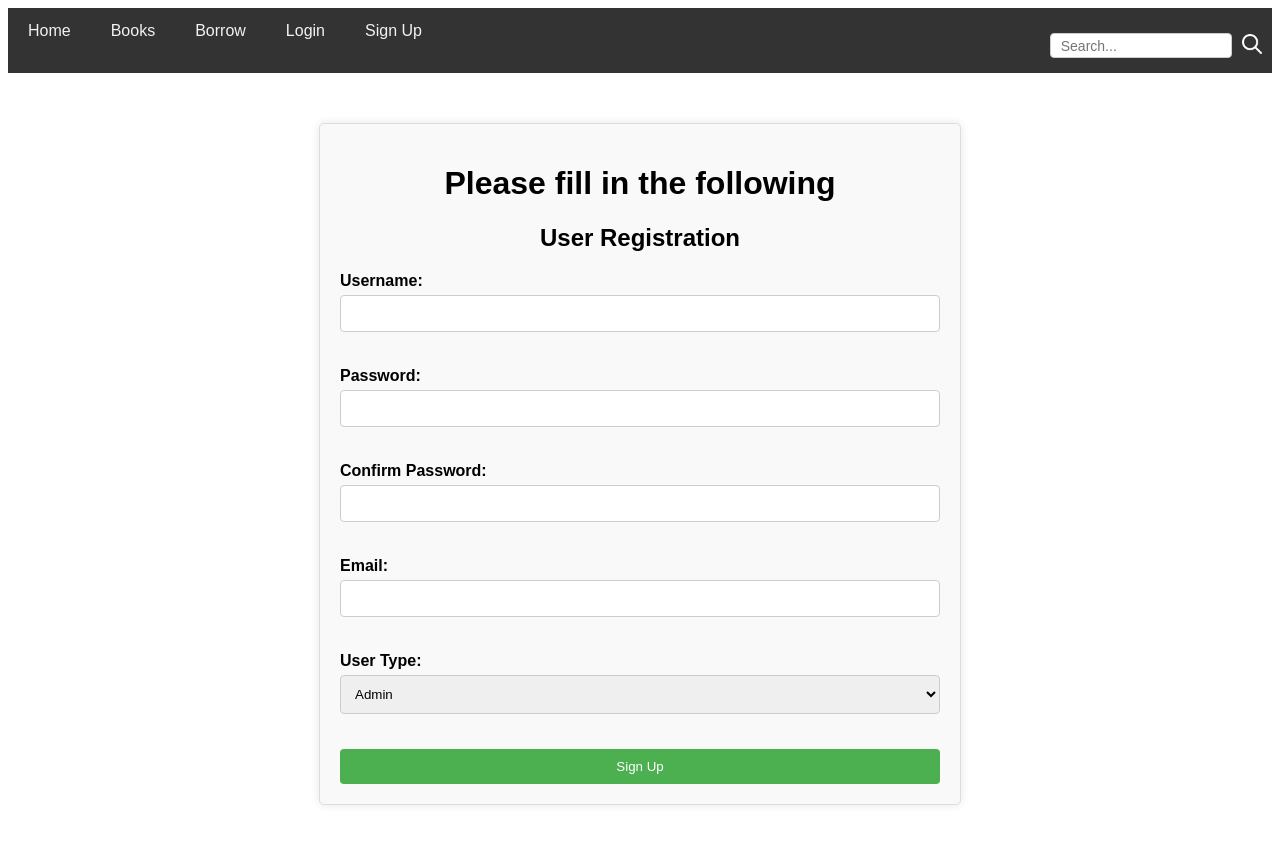
Repository: fadyesk12/Web-Technology-Course-Project
Page: auth/signup.html
An editor plug-in stored every save of this project. The page is shown before and after the next save, followed by the edit.
The browser window is 1280 px wide. The pictures show the whole page.

Above is the page before, as saved 2024-04-20 03:10:08.

### auth/signup.html
<!DOCTYPE html>
<html lang="en">
     <head>
       <meta charset="UTF-8">
       <meta name="viewport" content="width=device-width, initial-scale=1.0">
       <title>User Registration</title>
       <link rel="stylesheet" href="../Styling/signup.css">
      </head>
      <body>
           <div id="navbar">
             <a href="../index.html">Home</a>
             <a href="../book_list.html">Books</a>
             <a href="../borrow.html">Borrow</a>
             <a href="../auth/login.html">Login</a>
             <a href="../auth/signup.html">Sign Up</a>
             <div class ="search">
               <form action="" method="get">
                 <input type="text" placeholder="Search...">
                 <button type="submit"><img src="../PICS/search.png"></button>
                </form>
              </div>
            </div>

            <div class="container">
             <h1>Please fill in the following</h1>
             <h2>User Registration</h2>
             <form id="userForm">
               <div class="form-group">
                 <label for="username">Username:</label>
                 <input type="text" id="username" name="username" required>
               </div>
               <div class="form-group">
                 <label for="password">Password:</label>
                 <input type="password" id="password" name="password" required>
               </div>
               <div class="form-group">
                 <label for="confirmPassword">Confirm Password:</label>
                 <input type="password" id="confirmPassword" name="confirmPassword" required>
               </div>
               <div class="form-group">
                 <label for="email">Email:</label>
                 <input type="email" id="email" name="email" required>
               </div>
               <div class="form-group">
                 <label for="usertype">User Type:</label>
                 <select id="usertype" name="usertype" required>
                   <option value="admin">Admin</option>
                   <option value="user">User</option>
                 </select>
               </div>
               <input type="submit" value="Sign Up">
             </form>
           </div>
           <script src="../JavaScript/signup.js"></script>
       </body>
</html>

### Styling/signup.css
#navbar {
    overflow: hidden;
    background-color: #333;
  }

  #navbar a {
    float: left;
    display: block;
    color: #f2f2f2;
    text-align: center;
    padding: 14px 20px;
    text-decoration: none;
  }

  #navbar a:hover {
    background-color: #ddd;
    color: black;
  }

  body {
    font-family: Arial, sans-serif;
  }

  .container {
    max-width: 600px;
    margin: 50px auto;
    padding: 20px;
    border: 1px solid #ddd;
    border-radius: 5px;
    background-color: #f9f9f9;
    box-shadow: 0 0 10px rgba(0, 0, 0, 0.1);
  }

  .form-group {
    margin-bottom: 20px;
  }

  label {
    display: block;
    font-weight: bold;
    margin-bottom: 5px;
  }

  h1, h2 {
    text-align: center;
  }

  form {
    margin-top: 20px;
  }


  input[type="text"],
  input[type="password"],
  input[type="email"],
  select {
    width: 100%;
    padding: 10px;
    margin-bottom: 15px;
    border: 1px solid #ccc;
    border-radius: 4px;
    box-sizing: border-box;
  }

  input[type="submit"] {
    width: 100%;
    background-color: #4CAF50;
    color: #fff;
    padding: 10px 20px;
    border: none;
    border-radius: 4px;
    cursor: pointer;
  }

  input[type="submit"]:hover {
    background-color: #45a049;
  }


  .search {
    margin-top: 5px;
    float: right;
}

.search input {
    width: 75%;
    /* Reduce the height of the input field */
    height: 25px; /* Adjust as needed */
    /* Reduce the font size of the input field */
    font-size: 14px; /* Adjust as needed */
}

.search img {
    width: 20px;
    /* Adjust the height of the image if necessary */
}

.search button {
    background-color: #333;
    border: 0;
    /* Reduce the height of the button */
    height: 25px; /* Adjust as needed */
    /* Add padding to the button */
    padding: 0 10px; /* Adjust as needed */
}

.search form {
    display: flex;
    justify-content: flex-end;
}

### JavaScript/signup.js
document.addEventListener('DOMContentLoaded', function() {
  // Get the form element
  var form = document.getElementById('userForm');

  // Attach an event listener for the form submission
  form.addEventListener('submit', function(event) {
      event.preventDefault();

      // Get the username and user type from the form
      var userName = document.getElementById('username').value;
      var userType = document.getElementById('usertype').value;

      // Create an object to store the user's information
      var userInfo = {
          userName: userName,
          userType: userType
      };

      // Retrieve the existing user information array from local storage
      var storedUserInfoArray = JSON.parse(localStorage.getItem('userInfoArray')) || [];

      // Add the new user information to the array
      storedUserInfoArray.push(userInfo);

      // Convert the updated array to a JSON string
      var userInfoArrayString = JSON.stringify(storedUserInfoArray);

      // Store the updated array in local storage
      localStorage.setItem('userInfoArray', userInfoArrayString);

      alert('Your name and user type have been saved: ' + userName);

      // Clear the form after submission
      form.reset();
  });
});

After the next save:
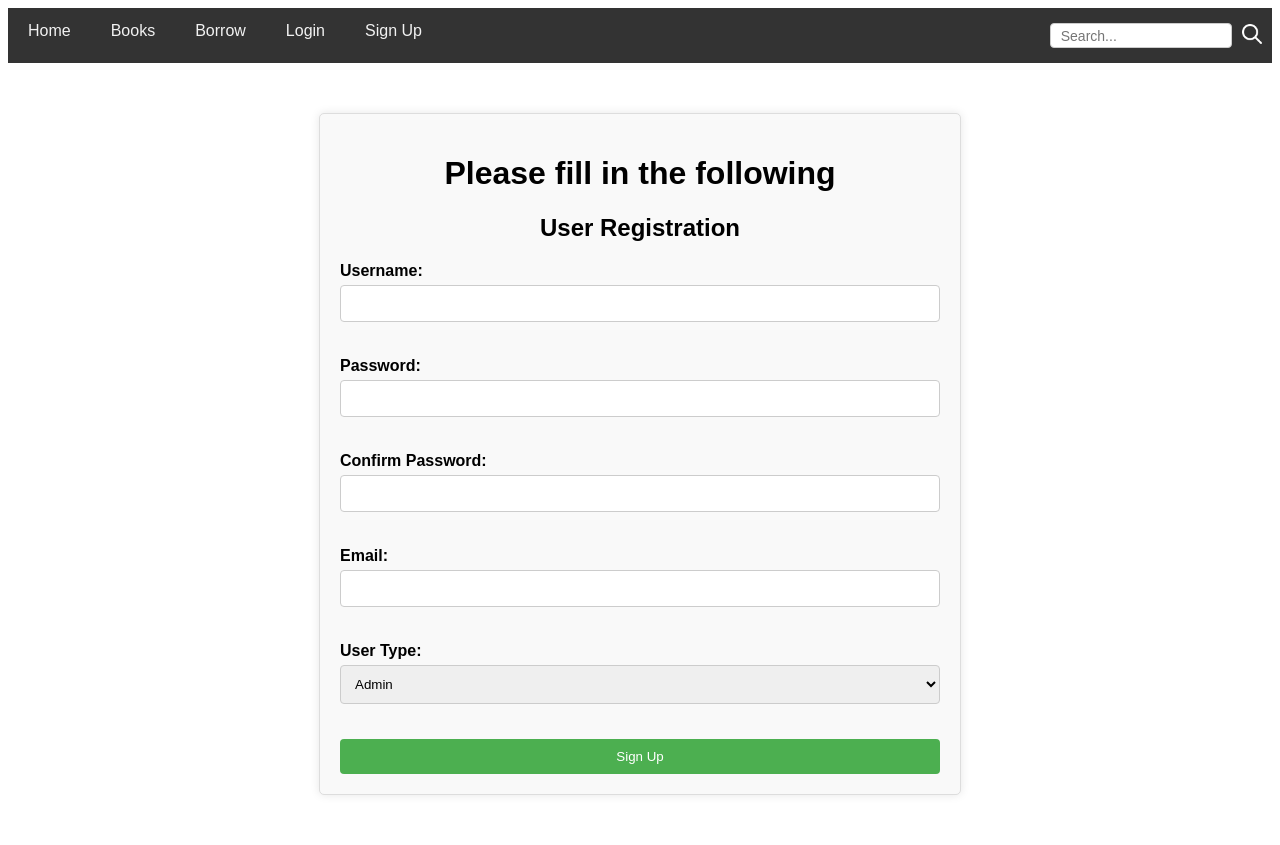
Saved 33 s later.
--- a/Styling/signup.css
+++ b/Styling/signup.css
@@ -46,7 +46,7 @@
   }
 
   form {
-    margin-top: 20px;
+    margin-top: 10px;
   }
 
 
